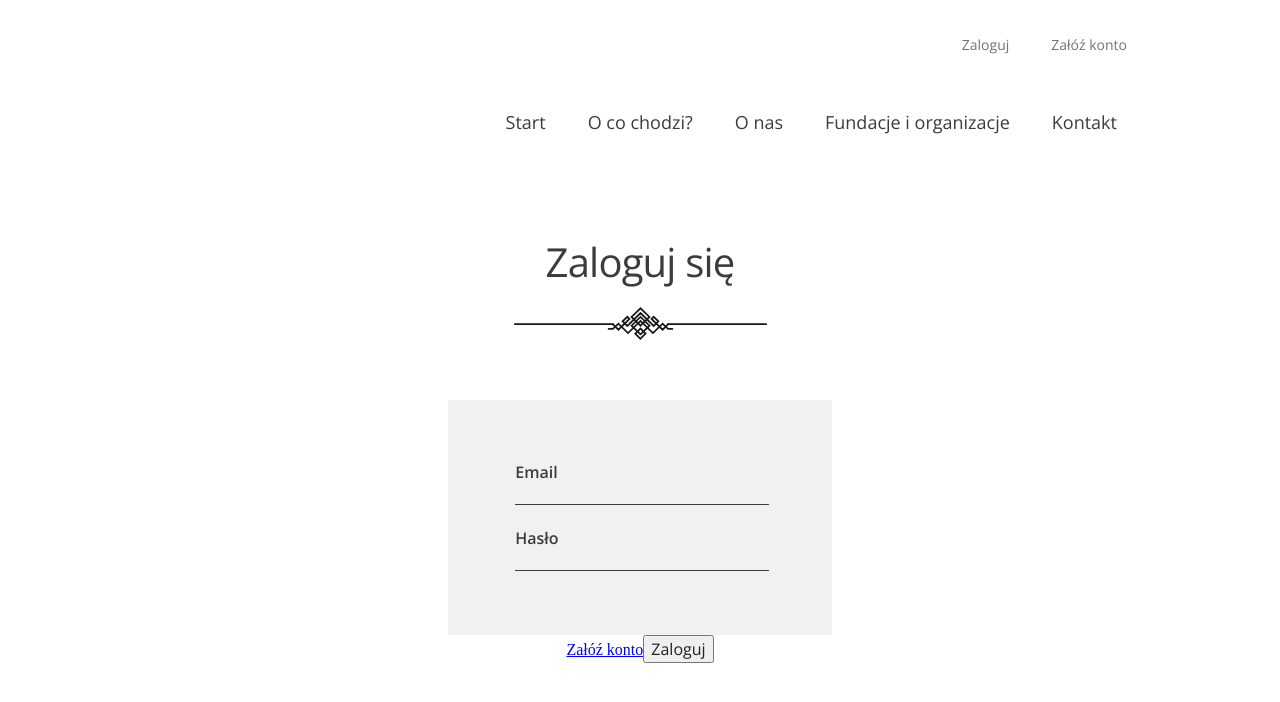
Repository: tomekwoojcik/oddam-w-dobre-rence
Page: /logowanie
An editor plug-in stored every save of this project. The page is shown before and after the next save, followed by the edit.
The browser window is 1280 px wide. The pictures show the whole page.
The project was rebuilt for these pictures with package versions that can differ from the ones it lists, and the page was loaded fresh each time. Also part of the build but not shown: src/config/supabaseClient.js, src/components/context/databaseContext.js, src/components/atoms/aboutUsImg/aboutUsImg.js, src/components/atoms/aboutUsText/aboutUsText.js, src/components/organisms/aboutUsBar/aboutUsBar.js, src/components/atoms/textAreaInput/textAreaInput.js, src/components/molecules/contactForm/contactForm.js, src/components/molecules/contactUsForm/contactUsForm.js and 27 more.

Above is the page before, as saved 2022-12-14 07:33:51.

After the next save:
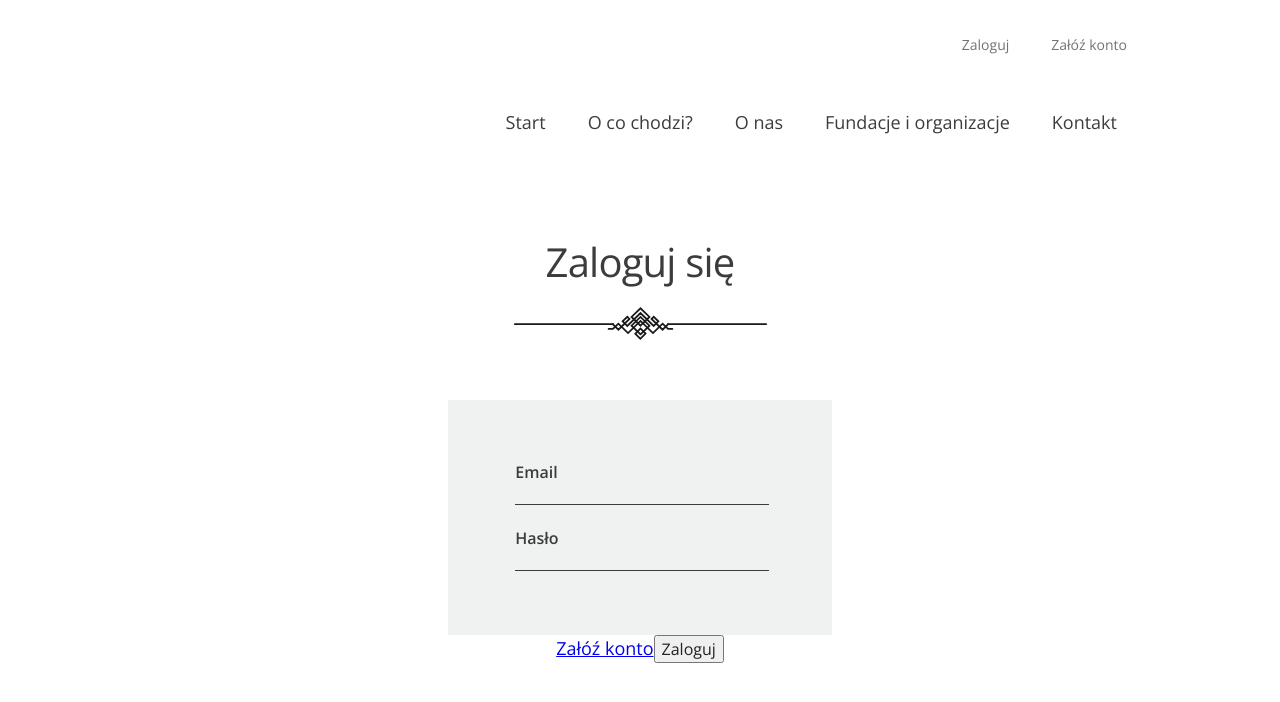
Saved 37 s later.
--- a/src/components/molecules/formLogin/_formLogin.scss
+++ b/src/components/molecules/formLogin/_formLogin.scss
@@ -19,13 +19,15 @@
             background-color: $white-color;
         }
 
-        .btnRow {
-            .linkLogin {
-                font-style: normal;
-                font-family: $font-base;
-                font-weight: 300;
-                font-size: 18px;
-            }
+
+    }
+
+    .btnRow {
+        .linkLogin {
+            font-style: normal;
+            font-family: $font-base;
+            font-weight: 300;
+            font-size: 18px;
         }
     }
 }
